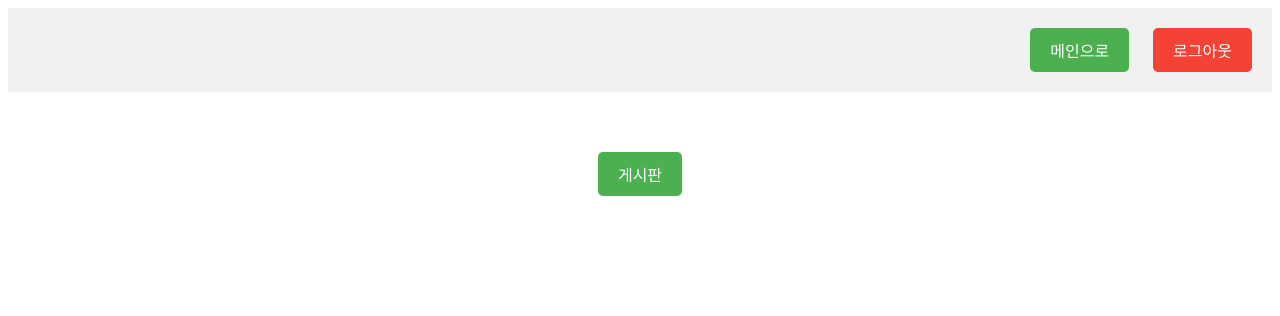
Repository: minjikimkim2222/BBS
Page: http://localhost/BBS/main.jsp
An editor plug-in stored every save of this project. The page is shown before and after a run of saves, followed by the edit.
The browser window is 1280 px wide. The pictures show the whole page.
The page is served by Tomcat 9.

Above is the page before, as saved 2024-01-01 08:36:30.

After the next 2 saves:
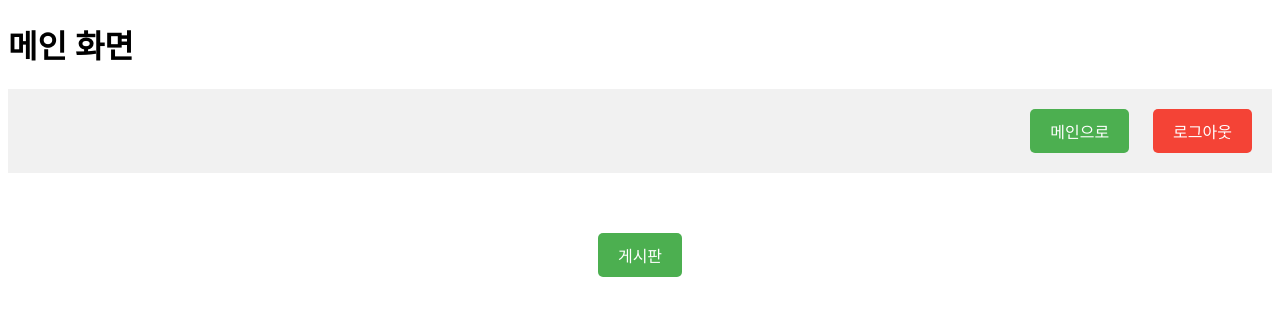
The 2 saves are shown as one change because they came seconds apart.
The last was saved 102 s later.
--- a/BBS/src/main/webapp/main.jsp
+++ b/BBS/src/main/webapp/main.jsp
@@ -10,6 +10,7 @@
 </head>
 <body>
 
+	<h1> 메인 화면</h1>
     <div class="header">
         <!-- 메인으로 버튼 -->
         <a href="#" class="button main-button">메인으로</a>
